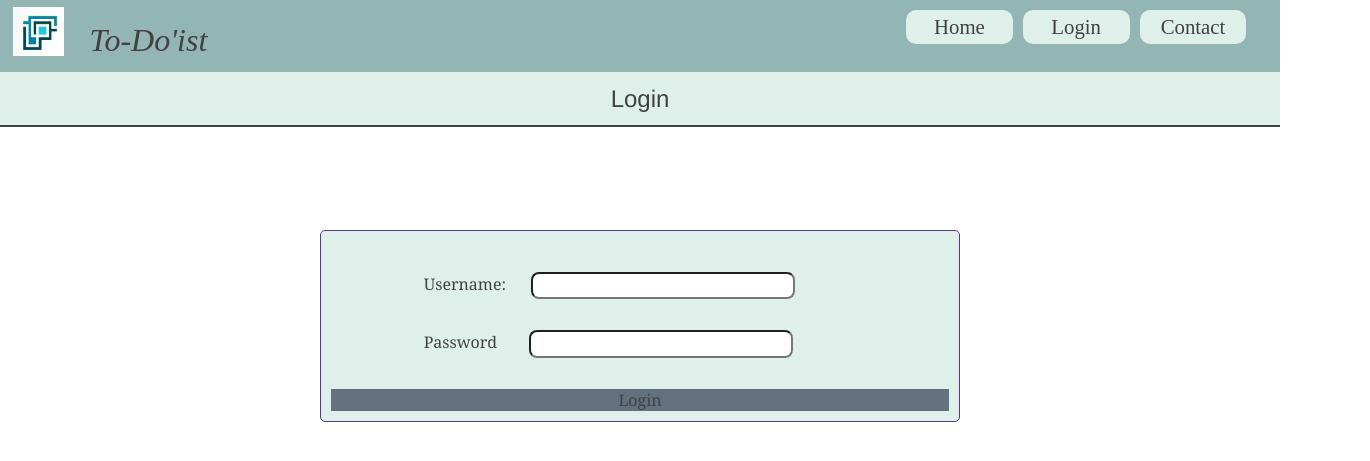
Repository: tavisca-pkadam/Todo-Website
Page: login_grid.html
These files come from the project's save history. The page is drawn as it stood at one moment and after a run of saves; the edit follows.
The browser window is 1280 px wide. The page is 1370 px wide, so the pictures cover 1370 px, including what lies to the right of the window. The pictures show the whole page.

Above is the page before, as saved 2019-08-22 12:35:50.

After the next 2 saves:
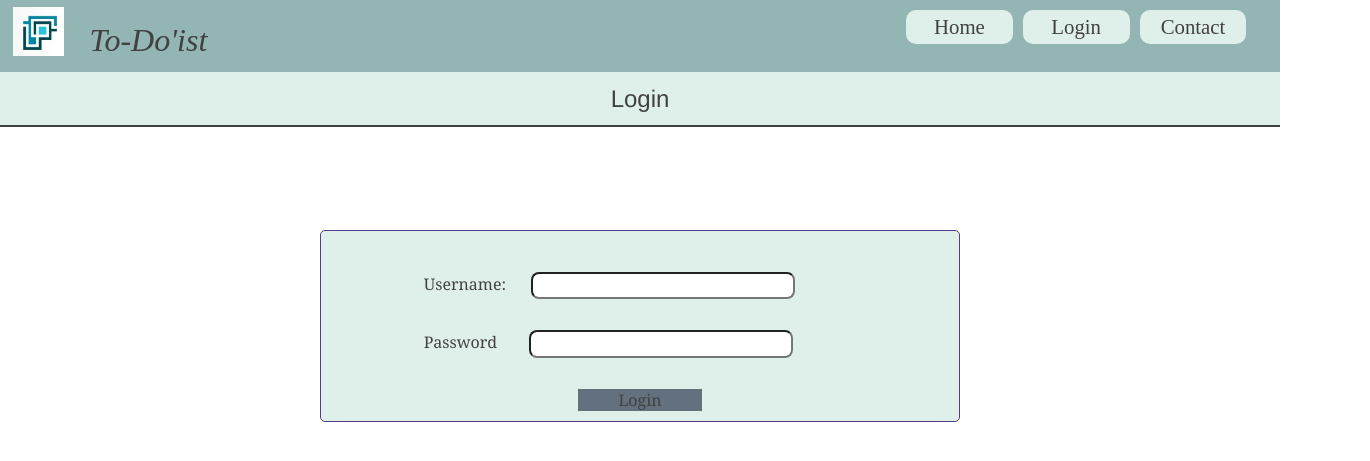
The 2 saves are shown as one change because they came seconds apart.
The last was saved 11 s later.
--- a/main2.css
+++ b/main2.css
@@ -455,4 +455,5 @@
 
 #login_btn{
     background-color: #63707e;
-  }
+    width: 20%;
+  }
